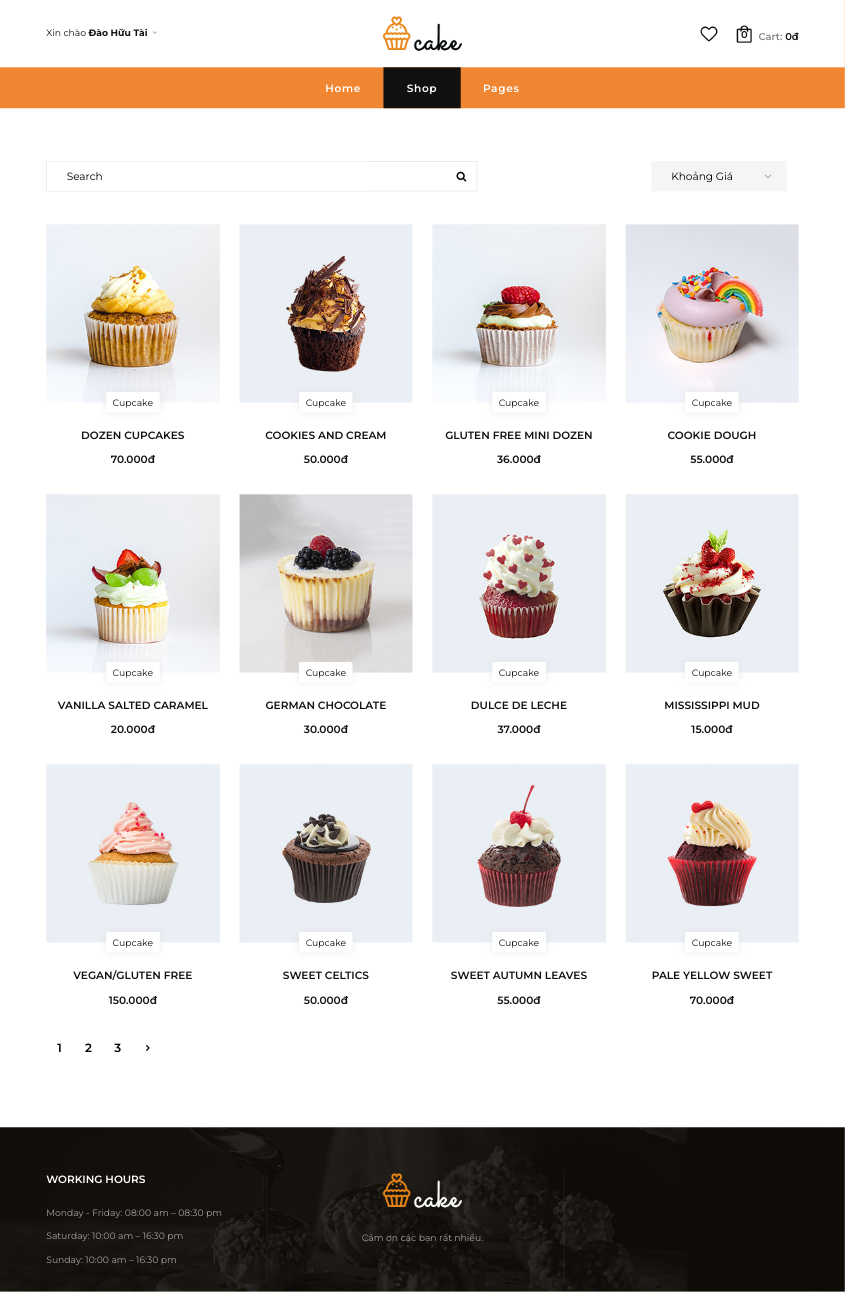
Repository: nhanto2n-byte/Nhom10ChieuThu3
Page: ProjectWeb/cake-main/shop-vani.html
These files come from the project's save history. The page is drawn as it stood at one moment and after the next save; the edit follows.
The browser window is 1280 px wide. The pictures show the whole page, at 66% of full size.

Above is the page before, as saved 2025-11-03 11:31:06.

After the next save:
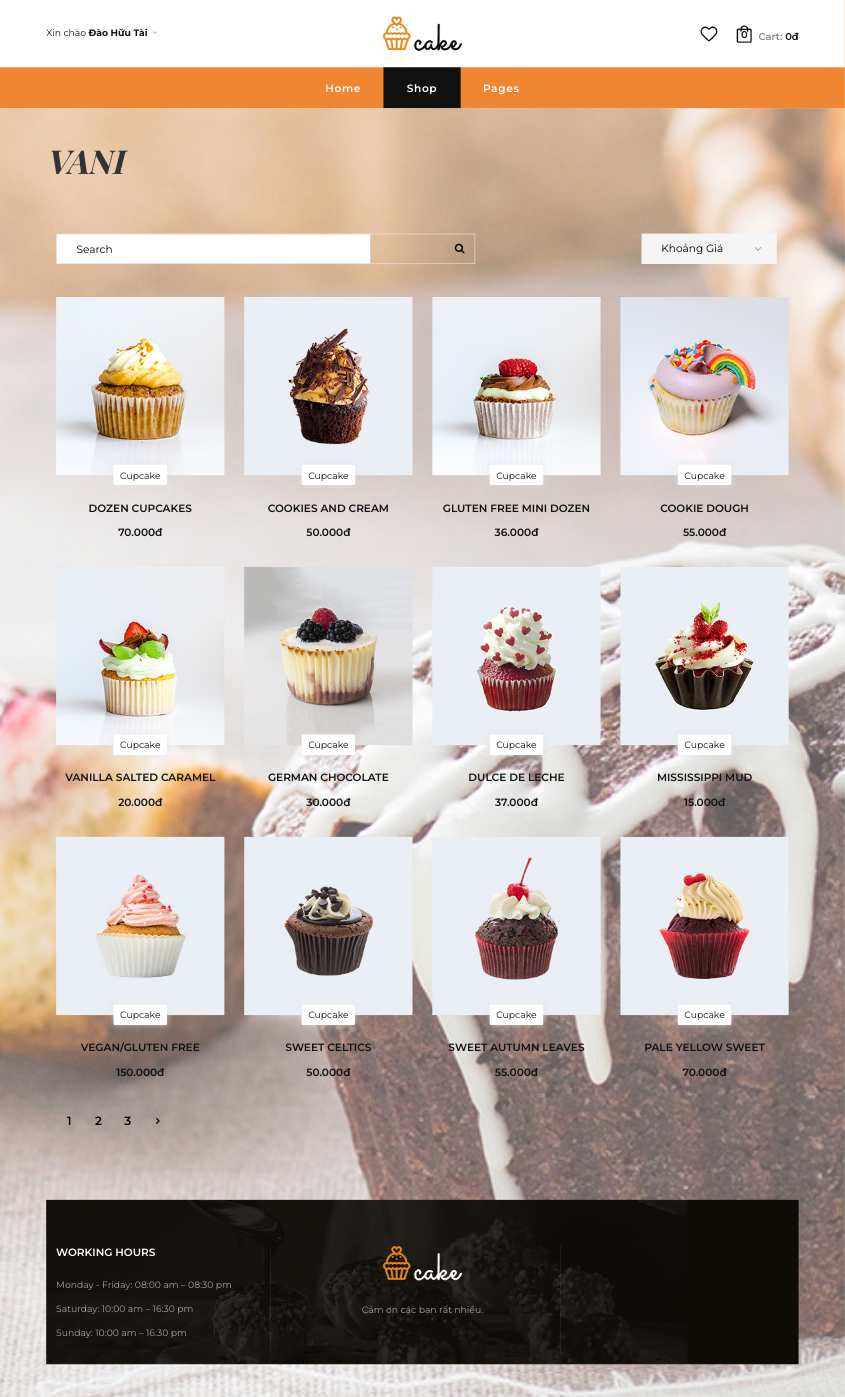
Saved 45 s later.
--- a/ProjectWeb/cake-main/shop-vani.html
+++ b/ProjectWeb/cake-main/shop-vani.html
@@ -183,6 +183,53 @@
 
     <!-- Breadcrumb Begin -->
     <!-- Breadcrumb Begin -->
+<!-- Breadcrumb Begin -->
+<div class="breadcrumb-option"
+     style="
+        padding: 50px 0;
+        background-image: url('img/hero/hero-1.jpg');
+        background-size: cover;
+        background-position: center;
+        background-repeat: no-repeat;
+        position: relative;
+    ">
+
+    <!-- lớp phủ mờ nhẹ -->
+    <div style="
+        position: absolute;
+        inset: 0;
+        background: rgba(255, 255, 255, 0.35); /* giảm mờ từ 0.7 xuống 0.35 */
+    "></div>
+
+    <div class="container" style="position: relative; z-index: 2;">
+        <div class="row align-items-center">
+
+            <!-- Tiêu đề bên trái -->
+            <div class="col-lg-6 col-md-6 col-sm-12">
+                <div class="breadcrumb__text">
+                    <h2 style="font-weight: 700; color: #333;">VANI</h2>
+                </div>
+            </div>
+
+            <!-- Liên kết breadcrumb bên phải -->
+            <div class="col-lg-6 col-md-6 col-sm-12 text-right">
+                <div class="breadcrumb__links">
+
+
+                </div>
+            </div>
+        </div>
+
+
+<!-- Breadcrumb End -->
+
+<!-- Hiệu ứng hover -->
+<style>
+button:hover {
+    transform: scale(1.05);
+    opacity: 0.9;
+}
+</style>
 
 
 
